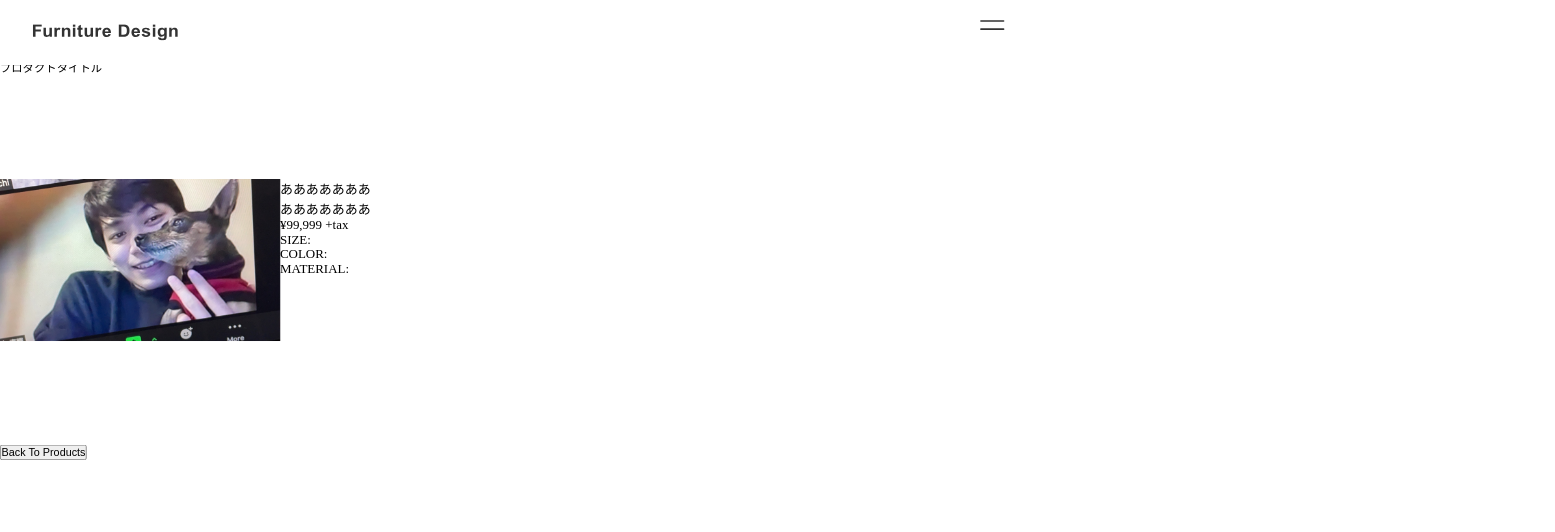
Repository: kohei23n/tenfeet
Page: menbers2/index.html
An editor plug-in stored every save of this project. The page is shown before and after the next save, followed by the edit.
The browser window is 1280 px wide. The page is 1920 px wide, so the pictures cover 1920 px, including what lies to the right of the window. The pictures show the whole page, at 81% of full size.

Above is the page before, as saved 2022-02-08 21:49:17.

After the next save:
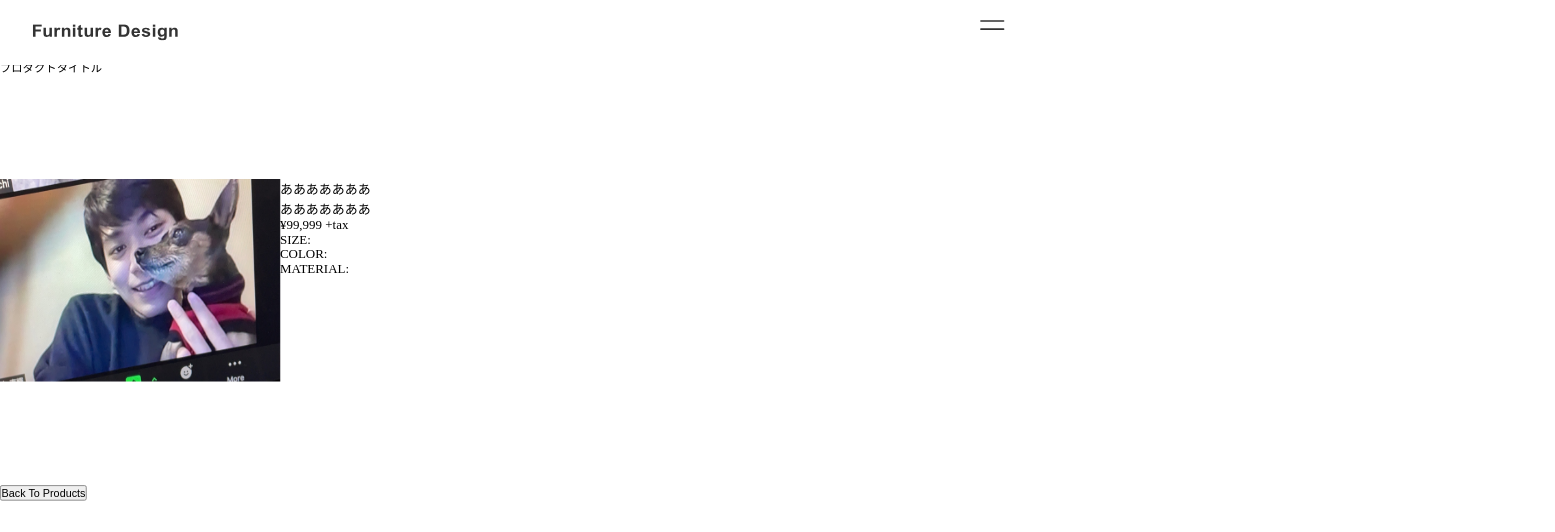
Saved 60 s later.
--- a/menbers2/menbers2.css
+++ b/menbers2/menbers2.css
@@ -110,7 +110,7 @@ img {
 
 .member_img{
     width: 18%;
-    height: 200px;
+    height: 250px;
 }
 
 .section_member{
